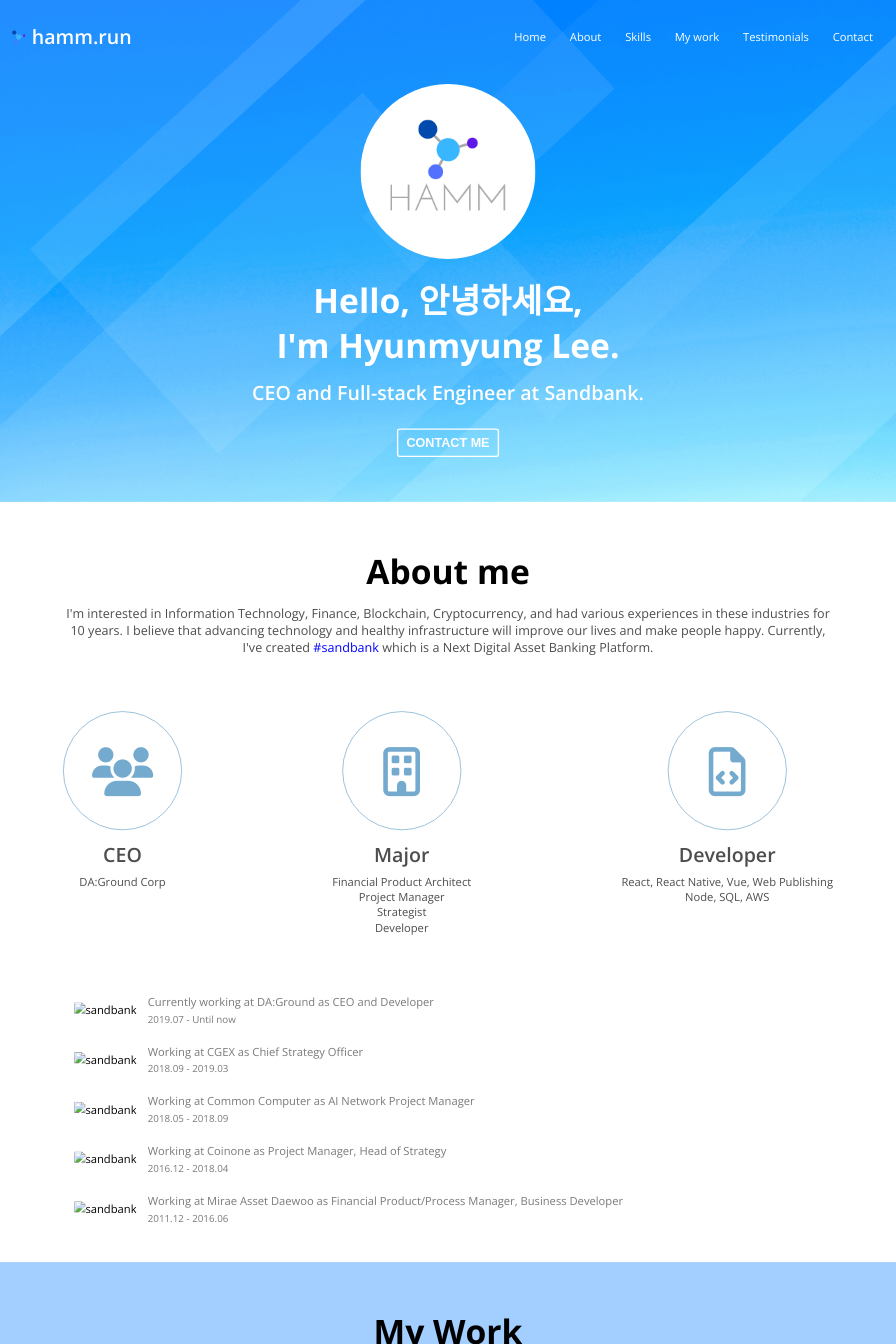
Repository: hammlee/portfolio
Page: index.html
These files come from the project's save history. The page is drawn as it stood at one moment and after the next save; the edit follows.
The browser window is 1280 px wide. The pictures show the part of the page from y = 0 to 1920 px (the page is 3466 px tall), at 70% of full size.
Some web libraries are served in a nearby version.

Above is the page before, as saved 2021-04-22 20:00:48.
Not found: images/logo/cgex.png
Not found: images/logo/coinone.png
Not found: images/logo/commoncomputer.png

### index.html
<!-- @format -->

<!DOCTYPE html>
<html lang="en">
  <head>
    <meta charset="UTF-8" />
    <meta name="viewport" content="width=device-width, initial-scale=1.0" />
    <title>Hamm's Portfolio</title>
    <meta name="description" content="Portfolio for Hamm" />
    <meta name="author" content="Hamm" />
    <link rel="icon" type="image/png" href="images/favicon.png" />
    <script
      src="https://kit.fontawesome.com/7493b4a30b.js"
      crossorigin="anonymous"
    ></script>
    <link
      href="https://fonts.googleapis.com/css2?family=Open+Sans:wght@400;600;700&display=swap"
      rel="stylesheet"
    />
    <link rel="stylesheet" href="style.css" />
    <script src="main.js" defer></script>
  </head>

  <body>
    <!-- Navbar -->
    <nav id="navbar">
      <div class="navbar__logo">
        <img src="images/favicon.png" alt="" width="22px;" />
        <a href="#">hamm.run</a>
      </div>
      <ul class="navbar__menu">
        <li class="navbar__menu__item" data-link="#home">Home</li>
        <li class="navbar__menu__item" data-link="#about">About</li>
        <li class="navbar__menu__item" data-link="#skills">Skills</li>
        <li class="navbar__menu__item" data-link="#work">My work</li>
        <li class="navbar__menu__item" data-link="#testimonials">
          Testimonials
        </li>
        <li class="navbar__menu__item" data-link="#contact">Contact</li>
      </ul>
      <!-- Toggle button -->
      <button class="navbar__toggle-btn">
        <i class="fas fa-bars"></i>
      </button>
    </nav>

    <!-- Home -->
    <section id="home" class="section">
      <div class="home__container">
        <img
          src="images/portfolio-logo.png"
          alt="Hamm's profile photo"
          class="home__avatar"
        />
        <h1 class="home__title">
          Hello, 안녕하세요, <br />
          I'm Hyunmyung Lee.
        </h1>
        <h2 class="home__description">
          CEO and Full-stack Engineer at Sandbank.
        </h2>
        <button class="home__contact" data-link="#contact">CONTACT ME</button>
      </div>
    </section>

    <!-- About -->
    <section id="about" class="section section__container">
      <h1>About me</h1>
      <p>
        I'm interested in Information Technology, Finance, Blockchain,
        Cryptocurrency, and had various experiences in these industries for 10
        years. I believe that advancing technology and healthy infrastructure
        will improve our lives and make people happy. Currently, I've created
        <a href="https://sandbank.io" target="_blank" style="color: blue"
          >#sandbank</a
        >
        which is a Next Digital Asset Banking Platform.
      </p>
      <div class="about__majors">
        <div class="major">
          <div class="major__icon">
            <i class="fas fa-users"></i>
          </div>
          <h2 class="major__title">CEO</h2>
          <div class="major__description">DA:Ground Corp</div>
        </div>
        <div class="major">
          <div class="major__icon">
            <i class="far fa-building"></i>
          </div>
          <h2 class="major__title">Major</h2>
          <div class="major__description">
            Financial Product Architect <br />
            Project Manager <br />
            Strategist <br />
            Developer
          </div>
        </div>
        <div class="major">
          <div class="major__icon">
            <i class="far fa-file-code"></i>
          </div>
          <h2 class="major__title">Developer</h2>
          <div class="major__description">
            React, React Native, Vue, Web Publishing<br />
            Node, SQL, AWS
          </div>
        </div>
      </div>
      <div class="about__jobs">
        <div class="job">
          <img
            src="images/logo/sandbank.png"
            alt="sandbank"
            class="job__logo"
          />
          <div class="job__description">
            <p class="job__name">
              Currently working at DA:Ground as CEO and Developer
            </p>
            <p class="job__period">2019.07 - Until now</p>
          </div>
        </div>
        <hr />
        <div class="job">
          <img src="images/logo/cgex.png" alt="sandbank" class="job__logo" />
          <div class="job__description">
            <p class="job__name">Working at CGEX as Chief Strategy Officer</p>
            <p class="job__period">2018.09 - 2019.03</p>
          </div>
        </div>
        <hr />
        <div class="job">
          <img
            src="images/logo/commoncomputer.png"
            alt="sandbank"
            class="job__logo"
          />
          <div class="job__description">
            <p class="job__name">
              Working at Common Computer as AI Network Project Manager
            </p>
            <p class="job__period">2018.05 - 2018.09</p>
          </div>
        </div>
        <hr />
        <div class="job">
          <img src="images/logo/coinone.png" alt="sandbank" class="job__logo" />
          <div class="job__description">
            <p class="job__name">
              Working at Coinone as Project Manager, Head of Strategy
            </p>
            <p class="job__period">2016.12 - 2018.04</p>
          </div>
        </div>
        <hr />
        <div class="job">
          <img
            src="images/logo/miraeassetdaewoo.png"
            alt="sandbank"
            class="job__logo"
          />
          <div class="job__description">
            <p class="job__name">
              Working at Mirae Asset Daewoo as Financial Product/Process
              Manager, Business Developer
            </p>
            <p class="job__period">2011.12 - 2016.06</p>
          </div>
        </div>
      </div>
    </section>

    <!-- Skills -->
    <!-- <section id="skills" class="section">
      <div class="section__container">
        <h1>Skills</h1>
        <h2>Skills & Attributes</h2>
        <p>
          Lorem ipsum, dolor sit amet consectetur adipisicing elit. Blanditiis,
          cum, necessitatibus cumque tempora voluptas ratione eum quibusdam ipsa
          laudantium facilis corporis odio! Excepturi quis nobis quibusdam
          facere labore eum debitis?
        </p>
        <div class="skillset">
          <div class="skillset__left">
            <h3 class="skillset__title">Skills</h3>
            <div class="skill">
              <div class="skill__description">
                <span>HTML</span>
                <span>90%</span>
              </div>
              <div class="skill__bar">
                <div class="skill__value" style="width: 99%"></div>
              </div>
            </div>
            <div class="skill">
              <div class="skill__description">
                <span>CSS</span>
                <span>99%</span>
              </div>
              <div class="skill__bar">
                <div class="skill__value" style="width: 99%"></div>
              </div>
            </div>
            <div class="skill">
              <div class="skill__description">
                <span>JavaScript</span>
                <span>99%</span>
              </div>
              <div class="skill__bar">
                <div class="skill__value" style="width: 99%"></div>
              </div>
            </div>
            <div class="skill">
              <div class="skill__description">
                <span>TypeScript</span>
                <span>99%</span>
              </div>
              <div class="skill__bar">
                <div class="skill__value" style="width: 99%"></div>
              </div>
            </div>
            <div class="skill">
              <div class="skill__description">
                <span>Vue</span>
                <span>99%</span>
              </div>
              <div class="skill__bar">
                <div class="skill__value" style="width: 99%"></div>
              </div>
            </div>
            <div class="skill">
              <div class="skill__description">
                <span>NodeJS</span>
                <span>99%</span>
              </div>
              <div class="skill__bar">
                <div class="skill__value" style="width: 99%"></div>
              </div>
            </div>
          </div>
          <div class="skillset__right">
            <div class="tools">
              <h3 class="skillset__title">Tools</h3>
              <ul class="tools__list">
                <li>
                  <span>VS Code</span>
                </li>
                <li>
                  <span>VS Code</span>
                </li>
                <li>
                  <span>VS Code</span>
                </li>
                <li>
                  <span>VS Code</span>
                </li>
                <li>
                  <span>VS Code</span>
                </li>
              </ul>
            </div>
            <div class="etc">
              <h3 class="skillset__title">Etc</h3>
              <ul class="etc__list">
                <li><span>Git</span></li>
                <li><span>Scrum Master</span></li>
                <li><span>Math</span></li>
              </ul>
            </div>
          </div>
        </div>
      </div>
    </section> -->

    <!-- Work -->
    <section id="work" class="section">
      <div class="section__container">
        <h1>My Work</h1>
        <h2>Project</h2>
        <div class="work__categories">
          <button class="category__btn selected" data-filter="*">
            All <span class="category__count">1</span>
          </button>
          <button class="category__btn" data-filter="front-end">
            Miraeasset <span class="category__count">2</span>
          </button>
          <button class="category__btn" data-filter="back-end">
            Coinone <span class="category__count">3</span>
          </button>
          <button class="category__btn" data-filter="mobile">
            AI Network <span class="category__count">4</span>
          </button>
        </div>
        <div class="work__projects">
          <a href="#" class="project" target="_blank" data-type="front-end">
            <img class="project__img" src="images/projects/mobile.png" alt="" />
            <div class="project__description">
              <h3>Youtube Site</h3>
              <span>Clone coding with HTML and CSS</span>
            </div>
          </a>
          <a href="#" class="project" target="_blank" data-type="back-end">
            <img class="project__img" src="images/projects/mobile.png" alt="" />
            <div class="project__description">
              <h3>Youtube Site</h3>
              <span>Clone coding with HTML and CSS</span>
            </div>
          </a>
          <a href="#" class="project" target="_blank" data-type="front-end">
            <img class="project__img" src="images/projects/mobile.png" alt="" />
            <div class="project__description">
              <h3>Youtube Site</h3>
              <span>Clone coding with HTML and CSS</span>
            </div>
          </a>
          <a href="#" class="project" target="_blank" data-type="mobile">
            <img class="project__img" src="images/projects/mobile.png" alt="" />
            <div class="project__description">
              <h3>Youtube Site</h3>
              <span>Clone coding with HTML and CSS</span>
            </div>
          </a>
        </div>
      </div>
    </section>

    <!-- Testimonials -->
    <section id="testimonials" class="section">
      <div class="section__container">
        <h1>Testimonials</h1>
        <h2>Lorem ipsum dolor sit amet.</h2>
        <div class="testimonials">
          <div class="testimonial">
            <img
              class="testimonial__avatar"
              src="/images/testimonials/people1.jpg"
              alt=""
            />
            <div class="testimonial__speech-bubble">
              <p>
                Lorem ipsum dolor sit amet consectetur, adipisicing elit.
                Blanditiis fuga inventore eligendi explicabo magnam velit,
                consequatur nam aliquam temporibus tempore eveniet earum libero
                provident architecto, sequi nihil doloremque? Voluptatem,
                doloremque?
              </p>
              <p class="name"><a href="">Hamm</a> / Samsung</p>
            </div>
          </div>
          <div class="testimonial">
            <div class="testimonial__speech-bubble">
              <p>
                Lorem ipsum, dolor sit amet consectetur adipisicing elit.
                Facilis vel at perspiciatis ut perferendis porro provident
                voluptatem sapiente, minus necessitatibus rem a veritatis magnam
                ab ex beatae omnis optio enim.
              </p>
              <p class="name"><a href="">Hamm</a> / Samsung</p>
            </div>
            <img
              class="testimonial__avatar"
              src="/images/testimonials/people1.jpg"
              alt=""
            />
          </div>
        </div>
      </div>
    </section>

    <!-- Contact -->
    <section id="contact" class="section">
      <h1 class="contact__title">Let's talk</h1>
      <h2 class="contact__email">aka.hamm@gmail.com</h2>
      <div class="contact__links">
        <a href="https://github.com/hammlee" target="_blank">
          <i class="fab fa-github"></i>
        </a>
        <a
          href="https://www.linkedin.com/in/hyunmyung-jason-lee-b5a822b5/"
          target="_blank"
        >
          <i class="fa fa-linkedin-square"></i>
        </a>
      </div>
      <p class="contact__rights">2021 hamm.run - All rights reserved</p>
    </section>

    <!-- Arrow Up -->
    <button class="arrow-up">
      <i class="fas fa-arrow-up"></i>
    </button>
  </body>
</html>

Loaded but not shown: main.js (103 lines, source omitted); style.css (555 lines, source omitted)

After the next save:
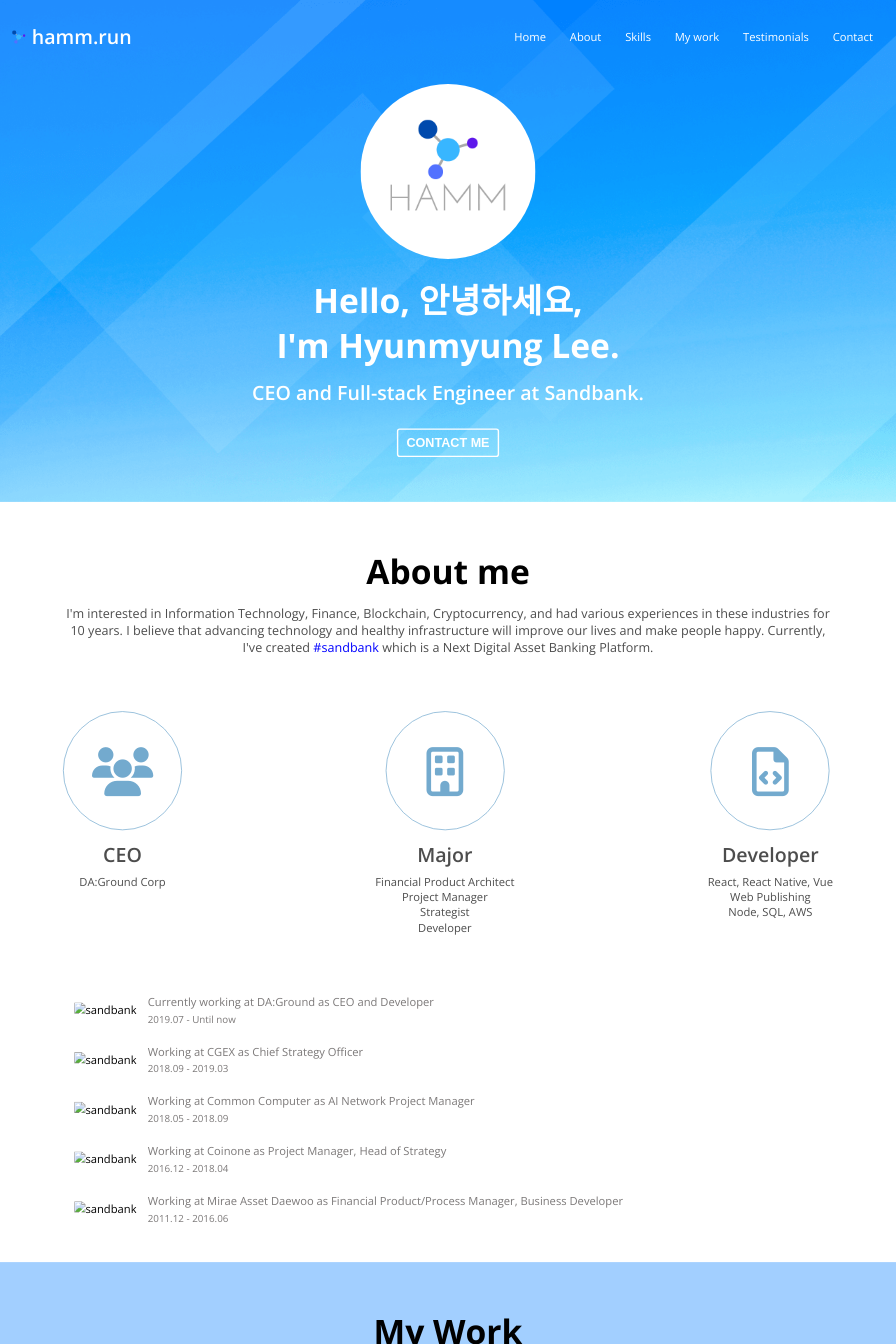
Saved 18 s later.
--- a/index.html
+++ b/index.html
@@ -102,7 +102,8 @@
           </div>
           <h2 class="major__title">Developer</h2>
           <div class="major__description">
-            React, React Native, Vue, Web Publishing<br />
+            React, React Native, Vue<br />
+            Web Publishing<br />
             Node, SQL, AWS
           </div>
         </div>
